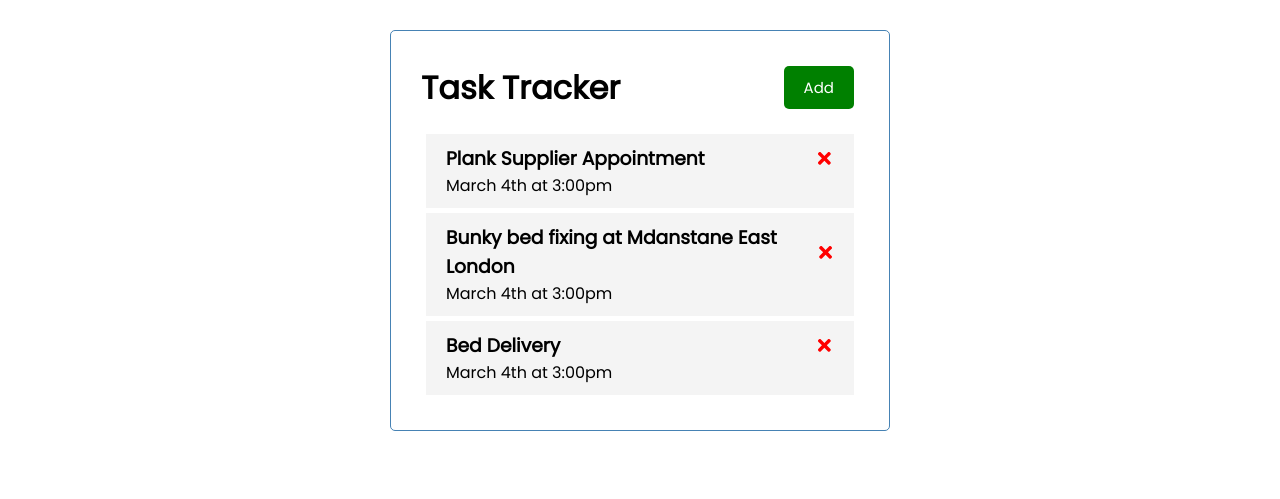
Repository: biggie-pti/task-tracker-react-app
Page: /
These files come from the project's save history. The page is drawn as it stood at one moment and after the next save; the edit follows.
The browser window is 1280 px wide. The pictures show the whole page.
The project was rebuilt for these pictures with package versions that can differ from the ones it lists, and the page was loaded fresh each time.

Above is the page before, as saved 2022-02-20 16:13:56.

### public/index.html
<!DOCTYPE html>
<html lang="en">
  <head>
    <meta charset="utf-8" />
    <link rel="icon" href="%PUBLIC_URL%/favicon.ico" />
    <meta name="viewport" content="width=device-width, initial-scale=1" />
    <meta name="theme-color" content="#000000" />
    <meta
      name="description"
      content="Web site created using create-react-app"
    />
    <link rel="apple-touch-icon" href="%PUBLIC_URL%/logo192.png" />

    <link rel="manifest" href="%PUBLIC_URL%/manifest.json" />

    <title>Task Tracker</title>
  </head>
  <body>
    <noscript>You need to enable JavaScript to run this app.</noscript>
    <div id="root"></div>

  </body>
</html>

### src/App.js
import Header from "./components/Header";
import Tasks from "./components/Tasks";
import { useState } from "react"
function App() {

  const [tasks, setTasks]= useState(

    [
        {
            id: 1,
            text: 'Plank Supplier Appointment',
            day: 'March 4th at 3:00pm',
            reminder: true,
        },
        {
            id: 2,
            text: 'Bunky bed fixing at Mdanstane East London',
            day: 'March 4th at 3:00pm',
            reminder: true,
        },
        {
            id: 3,
            text: 'Bed Delivery',
            day: 'March 4th at 3:00pm',
            reminder: true,
        },
    ]
)

//delete task
const deleteTask=(id)=>{
  console.log('delete' ,id)
}

  return (
    <div className="container">
    <Header />
    <Tasks tasks={tasks} onDelete={deleteTask}/>
    </div>
  );
}

export default App;

### src/components/Header.js
import PropTypes from 'prop-types'
import Button from './Button'
const Header = ({title}) => {
    const onClick=()=>{
console.log('Click')
    }
  return (
    <header className='header'>
        <h1>

        {title}
        </h1>
       <Button color='green' text='Add' onClick={onClick}/>
        </header>
  )
}
Header.defaultProps={
    title: 'Task Tracker',
}

Header.propTypes={
    title: PropTypes.string,
}

//CSS in JS
// const headingStyle={
//     color:'red',
//     backgroundColor:'black',
// }

export default Header

### src/components/Tasks.js

import Task from "./Task"
const Tasks = ({tasks, onDelete}) => {

  return (
    <>
{tasks.map((task)=>(
    <Task key={task.id} task={task} onDelete={onDelete} />
)


)}

    </>
  )
}

export default Tasks

### src/components/Button.js

import PropTypes from 'prop-types'

const Button = ({color,text, onClick}) => {


  return (
   <button

   onClick={onClick}
   style={{backgroundColor: color}}
    className='btn'>{text}

    </button>
  )
}
Button.defaultProps={
    color: 'steelblue',
}
Button.protoTypes={
    text: PropTypes.string,
    color: PropTypes.string,
    onClick: PropTypes.func,
}

export default Button

### src/components/Task.js

import {FaTimes} from 'react-icons/fa'
const Task = ({task , onDelete}) => {
  return (
    <div className='task'>
        <h3>{task.text}<FaTimes
         style={{
             color:'red',
             cursor: 'pointer',

         }}
         onClick={()=>onDelete(task.id)}
         /></h3>
        <p>{task.day}</p>

    </div>
  )
}

export default Task

Loaded but not shown: src/index.js (common file); src/index.css (common file); src/reportWebVitals.js (common file)

After the next save:
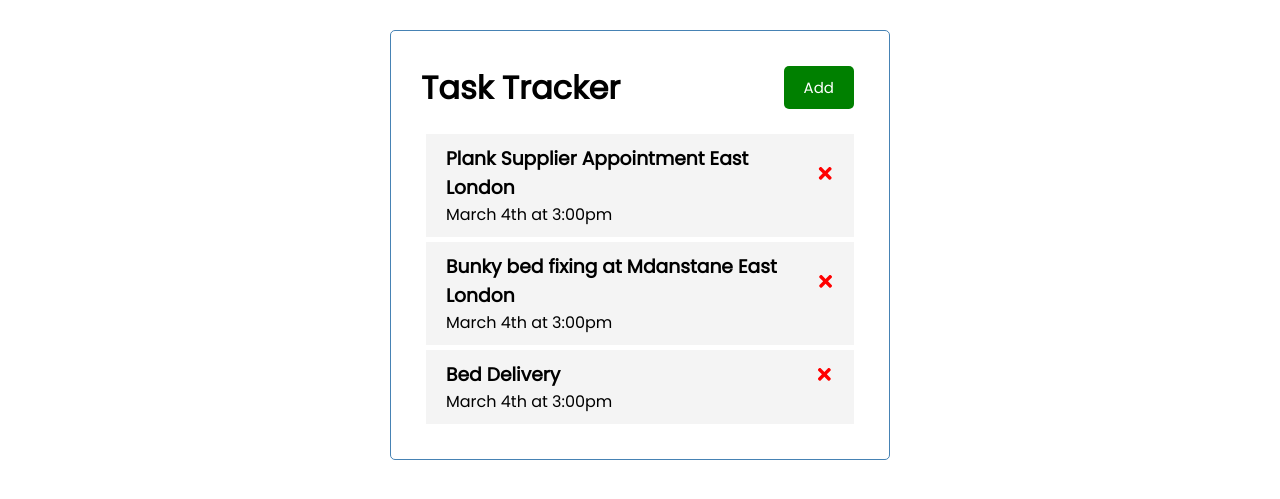
Saved 7 s later.
--- a/src/App.js
+++ b/src/App.js
@@ -8,7 +8,7 @@ function App() {
     [
         {
             id: 1,
-            text: 'Plank Supplier Appointment',
+            text: 'Plank Supplier Appointment East London',
             day: 'March 4th at 3:00pm',
             reminder: true,
         },
